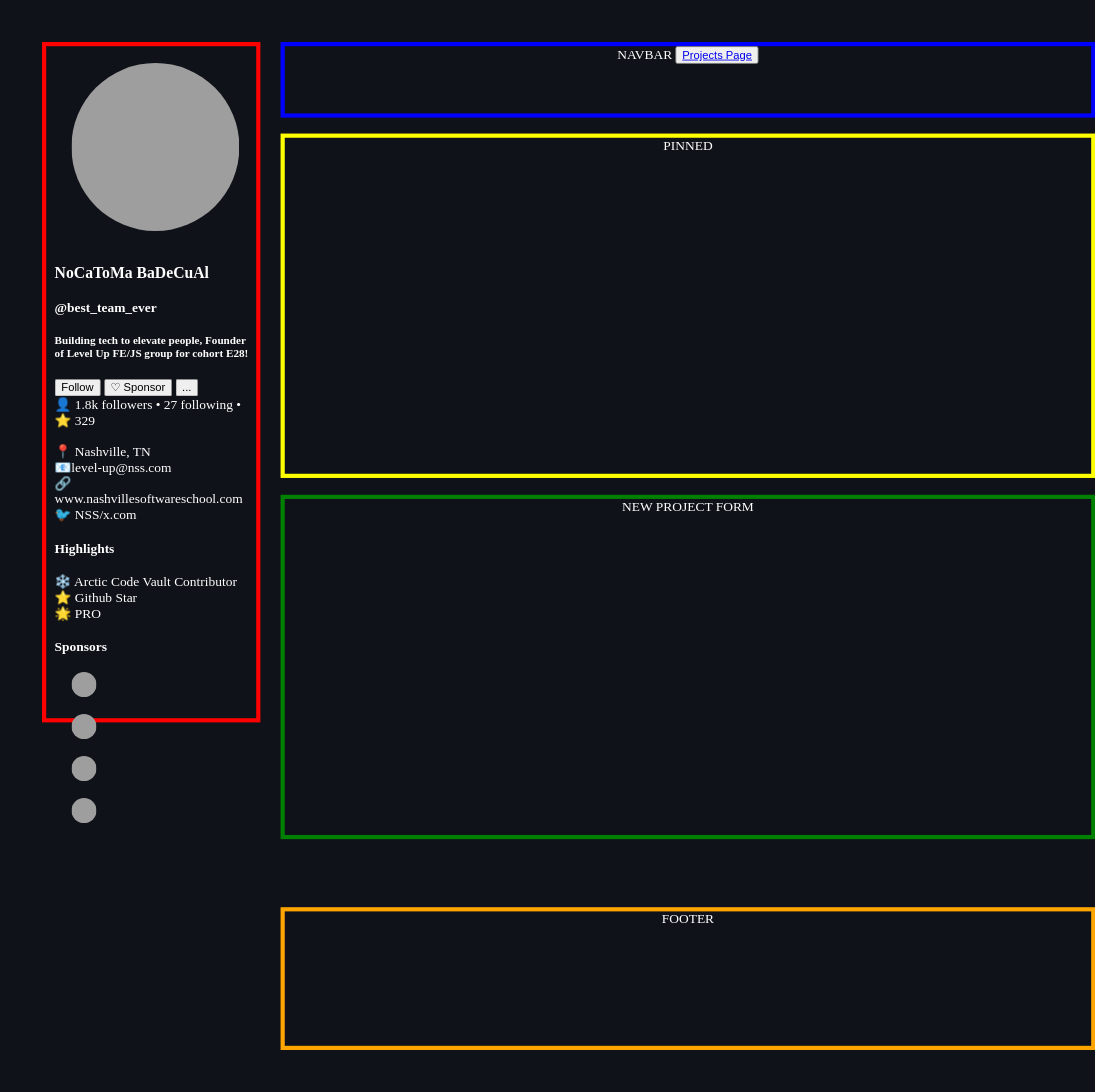
Repository: nss-evening-cohort-28/nss-evening-cohort-28-classroom-gitsub-Q1-project-gitsub
Page: index.html
The author's editor kept a copy of each file at every save. The page is drawn from the files as they stood at one save, then again after the next save.
The browser window is 1280 px wide. The page is 1304 px wide, so the pictures cover 1304 px, including what lies to the right of the window. The pictures show the whole page, at 84% of full size.
Pictures or frames that could not be fetched are drawn as grey boxes.

Above is the page before, as saved 2024-08-07 20:49:16.

### index.html
<!DOCTYPE html>
<html lang="en">
<head>
    <meta charset="UTF-8">
    <meta name="viewport" content="width=device-width, initial-scale=1.0">
    <link rel="stylesheet" href="main.css">
    <title>Document</title>
</head>
<body>
    <div class="flexContainer">
        <div class="profile">
          <div class="top-section">
            <img src="https://media.tenor.com/GliBTZeL1kQAAAAM/%D0%BC%D0%BE%D0%B9-%D0%B4%D0%B5%D0%B4.gif" class="card-img-top" >
            <div class="profile-info">
            <h3>NoCaToMa BaDeCuAl</h3>
            <h4>@best_team_ever</h4>
            <h5>Building tech to elevate people, Founder of Level Up FE/JS group for cohort E28!</h5>
            </div>
            <div class="profile-section-buttons">
              <div class="d-grid gap-2 d-md-block">
                <button class="btn btn-primary" type="button">Follow</button>
                <button class="btn btn-primary" type="button">♡ Sponsor</button>
                <button class="btn btn-primary" type="button">...</button>
              </div>
            </div>
            <div class="profile-section-body">
              <p>👤 1.8k followers • 27 following • ⭐️ 329</p>
              <br>
              <p>📍 Nashville, TN</p>
              <p>📧level-up@nss.com</p>
              <p>🔗 www.nashvillesoftwareschool.com</p>
              <p>🐦 NSS/x.com</p>
            </div>
          </div>
          <div class="middle-section">
            <h4>Highlights</h4>
            <p>❄️ Arctic Code Vault Contributor</p>
            <p>⭐️ Github Star</p>
            <p>🌟 PRO</p>
          </div>
          <div class="bottom-section">
            <h4>Sponsors</h4>
            <img src="https://avatars.githubusercontent.com/u/31261276?s=100&v=4" class="sponsor-pic">
            <img src="https://avatars.githubusercontent.com/u/137121714?s=100&v=4" class="sponsor-pic">
            <img src="https://avatars.githubusercontent.com/u/173638175?s=100&v=4" class="sponsor-pic">
            <img src="https://avatars.githubusercontent.com/u/107224963?s=100&v=4" class="sponsor-pic">
          </div>
        </div>
        <div class="flexContainer">
            <div class="navBar">NAVBAR
              <button><a href="projects.html">
                Projects Page
              </a></button>
            </div>
            <div class="pinned">PINNED</div>
            <div class="newProject">NEW PROJECT FORM</div>
            <div class="footer">FOOTER</div>
        </div>
    </div>
    <script src="main.js"></script>
</body>
</html>

### main.css
body {
    background-color: #0F1218;
    text-align: center;
    margin: 50px;
    width: 1200px;
    color: white;
}

.flexContainer {
    display: flex;
    flex-wrap: wrap;
    flex-direction: column;
    max-width: 75rem;
    height: 75rem;
    gap: 2%;
}

.profile {
    border: 5px solid red;
    width: 15rem;
    height: 50rem;
    text-align: left;
    padding-left: 10px;
}

.navBar {
    border: 5px solid blue;
    width: 60rem;
    height: 5rem;
}

.pinned {
    border: 5px solid yellow;
    width: 60rem;
    height: 25rem;
    margin-top: 2%;
}

.newProject {
    border: 5px solid green;
    width: 60rem;
    height: 25rem;
    margin-top: 2%;
}

.footer {
    border: 5px solid orange;
    width: 60rem;
    height: 10rem;
    margin-top: auto;
    align-self: flex-end;
}

#footerContainer {
    display: flex;
    align-self: flex-end;

}

/* Noah Styling: Profile Section Start*/
p {
    margin: 0;
}

.top-section {
    display: flex;
    flex-wrap: wrap;
    justify-content: flex-start;
    margin: 0px;
}

.card-img-top {
    display: flex;
    flex-wrap: wrap;
    justify-content: space-around;
    border-radius: 50%;
    height: 200px;
    width: 200px;
    margin: 20px;
  }

  .sponsor-pic {
    display: flex;
    flex-wrap: wrap;
    justify-content: space-around;
    border-radius: 50%;
    height: 30px;
    width: 30px;
    margin: 20px;
  }

  .profile-info {
    margin: 0px 0px 0px 0px !important;
    padding: 0px 0px 0px 0px;
  }
/* Noah Styling: Profile Section End */

Loaded but not shown: main.js (no copy from this time; the picture is the same without it)

After the next save:
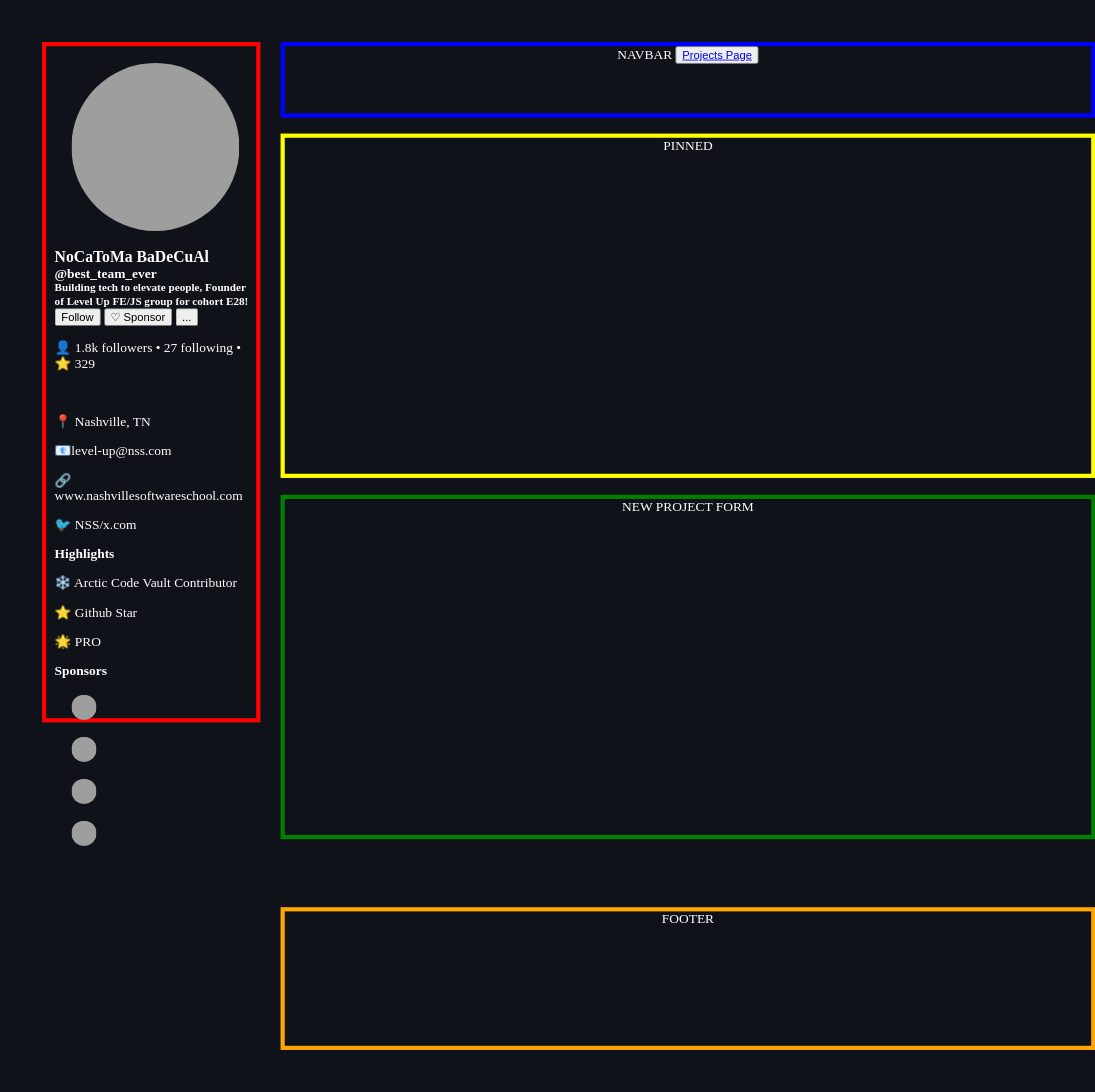
Saved 20 s later.
--- a/main.css
+++ b/main.css
@@ -58,7 +58,7 @@
 }
 
 /* Noah Styling: Profile Section Start*/
-p {
+h3, h4, h5 {
     margin: 0;
 }
 
